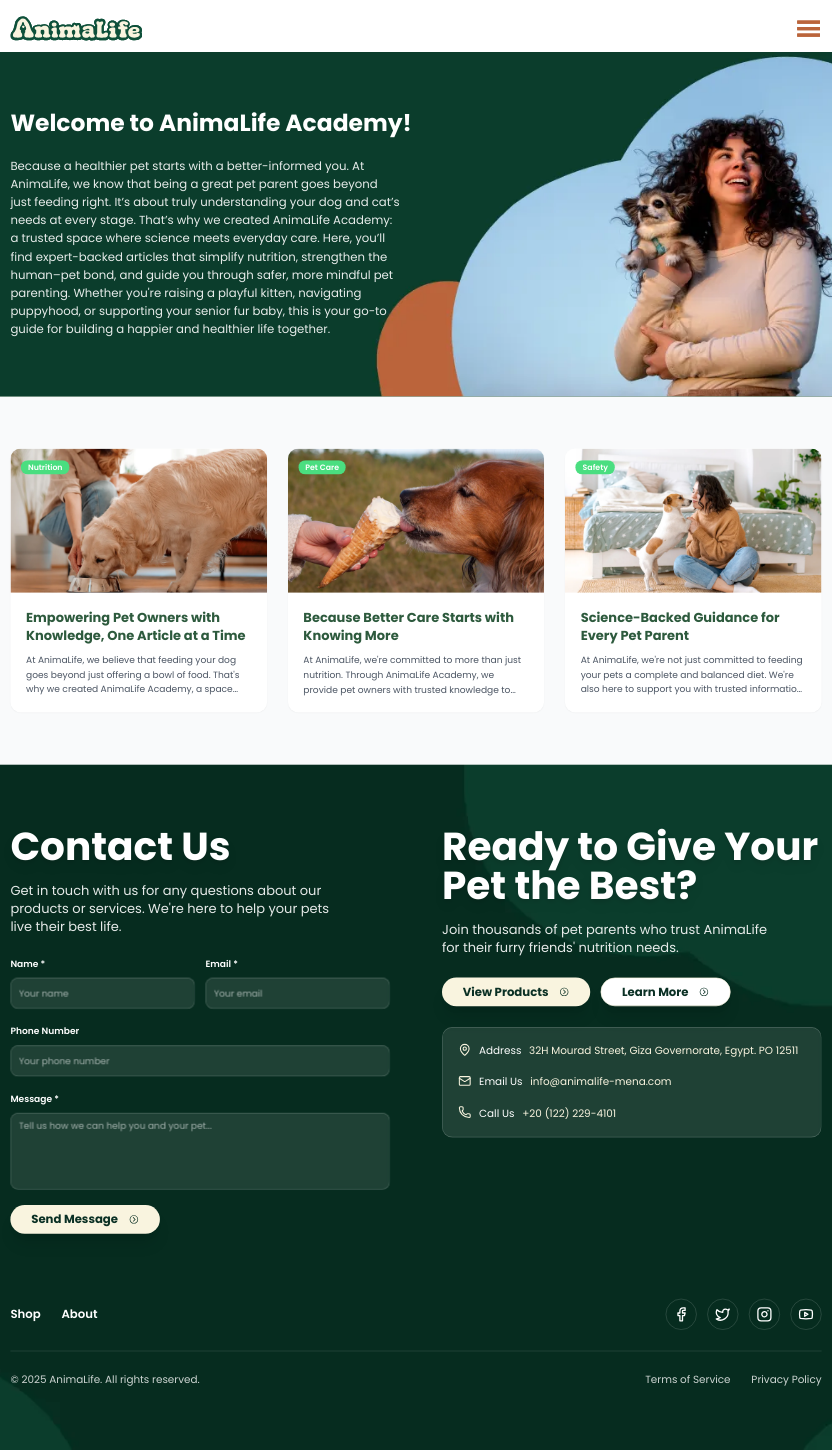
Repository: the-jupiteragency/animalife
Page: /academy
An editor plug-in stored every save of this project. The page is shown before and after the next save, followed by the edit.
The browser window is 1280 px wide. The pictures show the whole page, at 65% of full size.
The project was rebuilt for these pictures with package versions that can differ from the ones it lists, and the page was loaded fresh each time. The framework's server and built-in components were replaced by stand-ins that run in the browser. Also part of the build but not shown: next.config.mjs.

Above is the page before, as saved 2025-08-10 17:37:25.

After the next save:
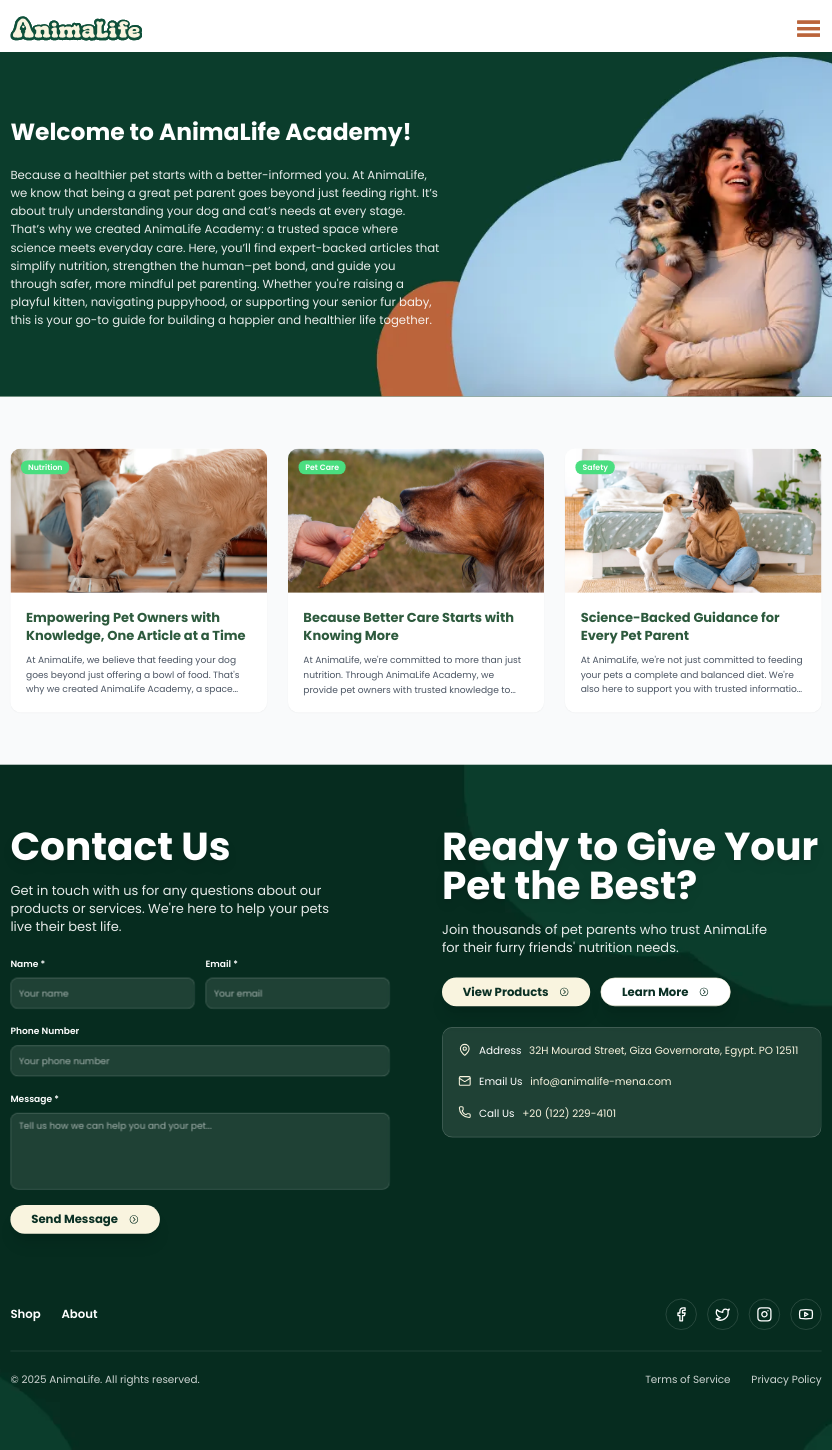
Saved 8 s later.
--- a/app/academy/page.tsx
+++ b/app/academy/page.tsx
@@ -33,7 +33,7 @@
               <h1 className="text-4xl md:text-5xl lg:text-4xl font-bold text-white mb-8 leading-tight">
                 Welcome to AnimaLife Academy!
               </h1>
-              <p className="w-[600px] text-lg md:text-lg text-white/90 leading-normal">
+              <p className="w-[660px] text-lg md:text-lg text-white/90 leading-normal">
                 Because a healthier pet starts with a better-informed you. At
                 AnimaLife, we know that being a great pet parent goes beyond
                 just feeding right. It’s about truly understanding your dog and
